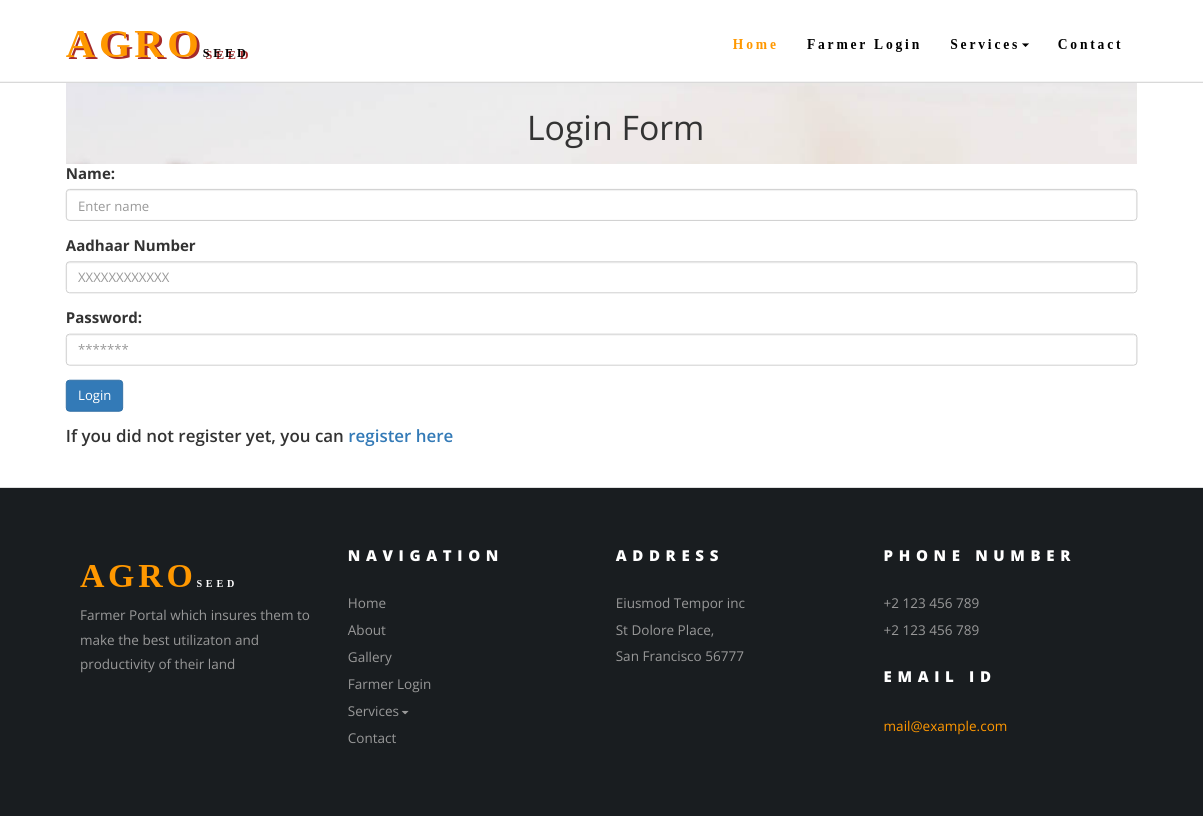
Repository: harshh-cloud/Academic--Project
Page: http://localhost/AgroSeed/user/login.jsp
An editor plug-in stored every save of this project. The page is shown before and after the next save, followed by the edit.
The browser window is 1280 px wide. The pictures show the whole page, at 94% of full size.
Some web fonts or font styles are not loaded; a fallback is used. The page is served by Tomcat 9.

Above is the page before, as saved 2025-03-10 08:14:51.

After the next save:
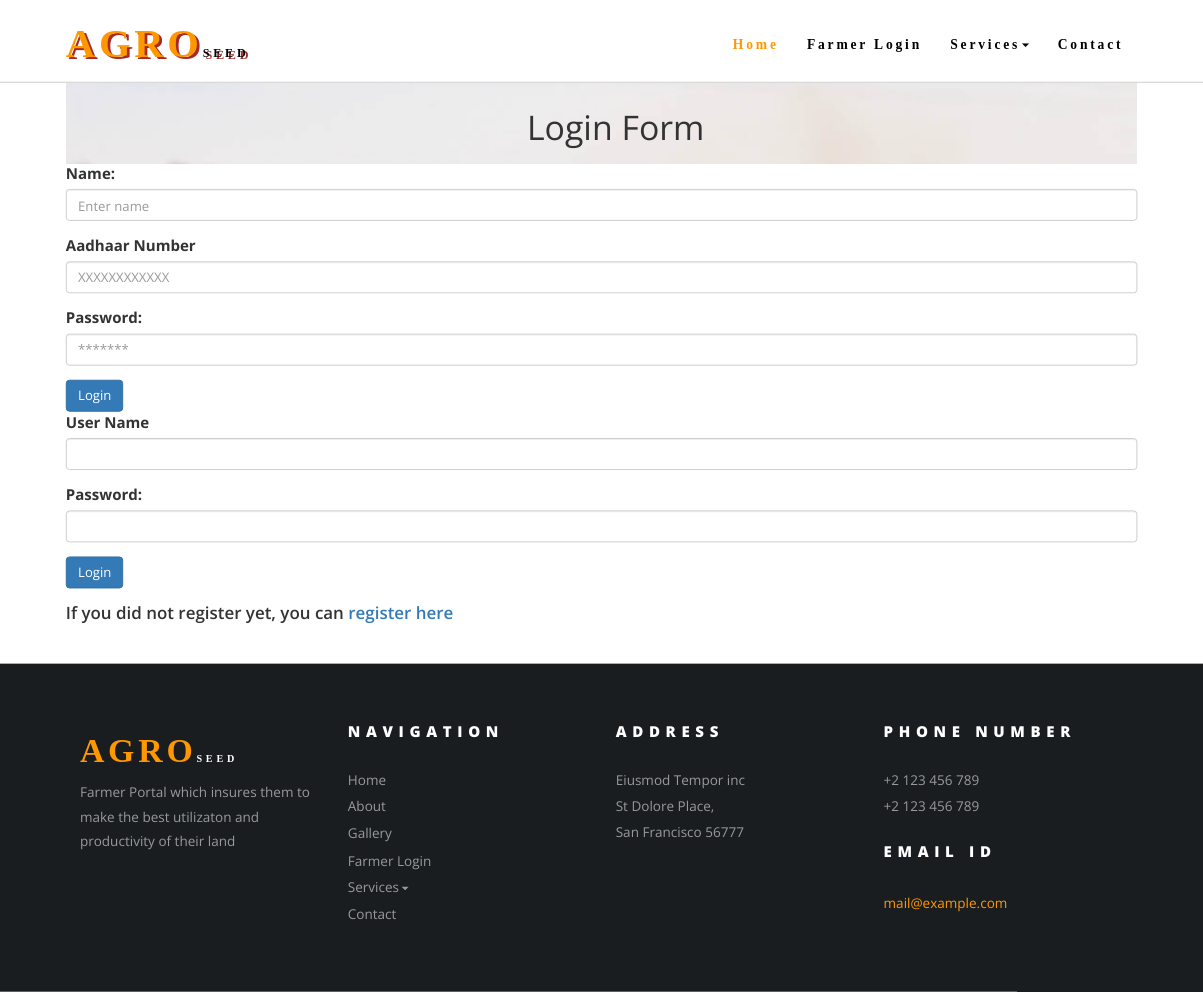
Saved 9 min 26 s later.
--- a/Workspace/AgroSeed/src/main/webapp/user/login.jsp
+++ b/Workspace/AgroSeed/src/main/webapp/user/login.jsp
@@ -78,7 +78,7 @@ Smartphone Compatible web template, free webdesigns for Nokia, Samsung, LG, Sony
     		if(request.getParameter("Login")!= null)
     		{
     			Statement st1 =cn.createStatement();
-	    		ResultSet rs =st1.executeQuery("select * from registration where  Aadhaar='"+request.getParameter("adhaar")+"' and Password='"+request.getParameter("pass")+"'");
+	    		ResultSet rs =st1.executeQuery("select * from registration where  Usernam='"+request.getParameter("adhaar")+"' and Password='"+request.getParameter("pass")+"'");
 		    	if(rs.next())
 		    	{
 		    		session.setAttribute("Adhaar",request.getParameter("adhaar"));
@@ -105,9 +105,51 @@ Smartphone Compatible web template, free webdesigns for Nokia, Samsung, LG, Sony
 
 
     </form>
+
+    <form action="" class="needs-validation" novalidate>
+
+   <div class="form-group">
+      <label for="uname">User Name</label>
+      <input type="tel" class="form-control" id="userName" name="userName"  required>
+    </div>
+    <div class="form-group">
+      <label for="uname">Password:</label>
+      <input type="password" class="form-control" id="passWord" name="passWord" required>
+    </div>
+
+
+    <button type="submit" class="btn btn-primary" name="Login">Login</button>
+
+    <%
+
+
+
+    	try{
+
+    		if(request.getParameter("Login")!= null){
+    			Statement st1 =cn.createStatement();
+		    	ResultSet rs =st1.executeQuery("select * from registration where  Username='"+request.getParameter("userName")+"' and Password='"+request.getParameter("passWord")+"'");
+		    	if(rs.next()){
+		    		response.sendRedirect("DashBoard.jsp");
+		    	}
+		    	else
+		    	{
+		    		out.println("! Please Enter Valid details. ");
+		    	}
+		   }
+    	}catch(Exception ex)
+    	{
+    		out.println(ex);
+    	}
+
+    %>
+
+
+
+    </form>
+
     <form action="register.jsp">
-   <h4> <p style="margin:16px 0 10px ;font-weight:600">If you did not register yet, you can <a href="register.jsp">register here</a></p></h4>
-
+   		<h4> <p style="margin:16px 0 10px ;font-weight:600">If you did not register yet, you can <a href="register.jsp">register here</a></p></h4>
     </form>
    </div>
 
